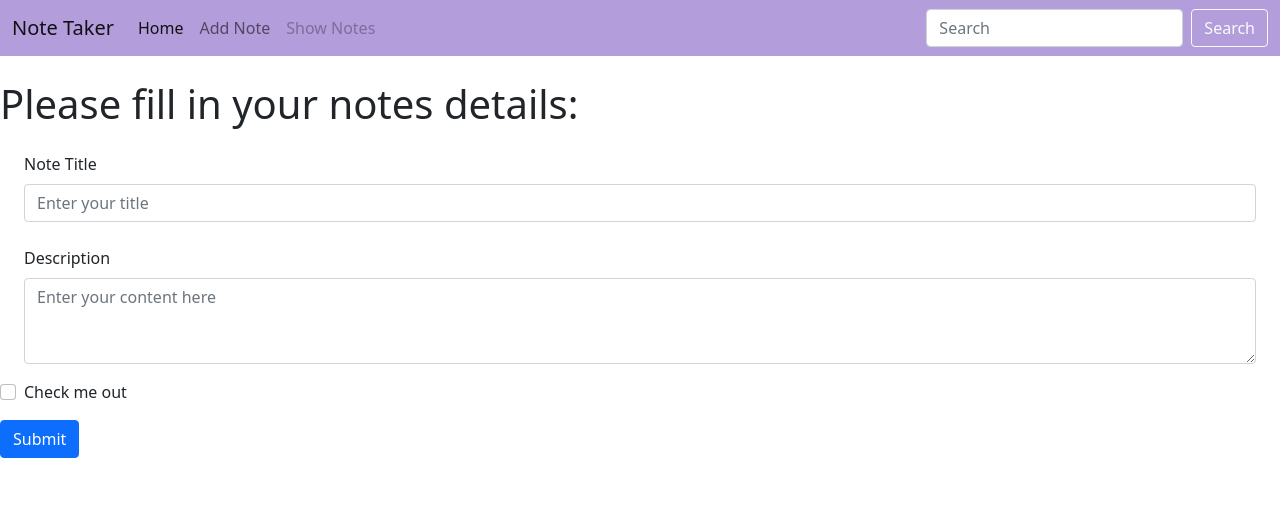
Repository: Tanmoy4672/Hibernate
Page: http://localhost/NoteTaker/add_notes.jsp
An editor plug-in stored every save of this project. The page is shown before and after the next save, followed by the edit.
The browser window is 1280 px wide. The pictures show the whole page.
The page is served by Tomcat 9.

Above is the page before, as saved 2021-12-16 06:28:58.

After the next save:
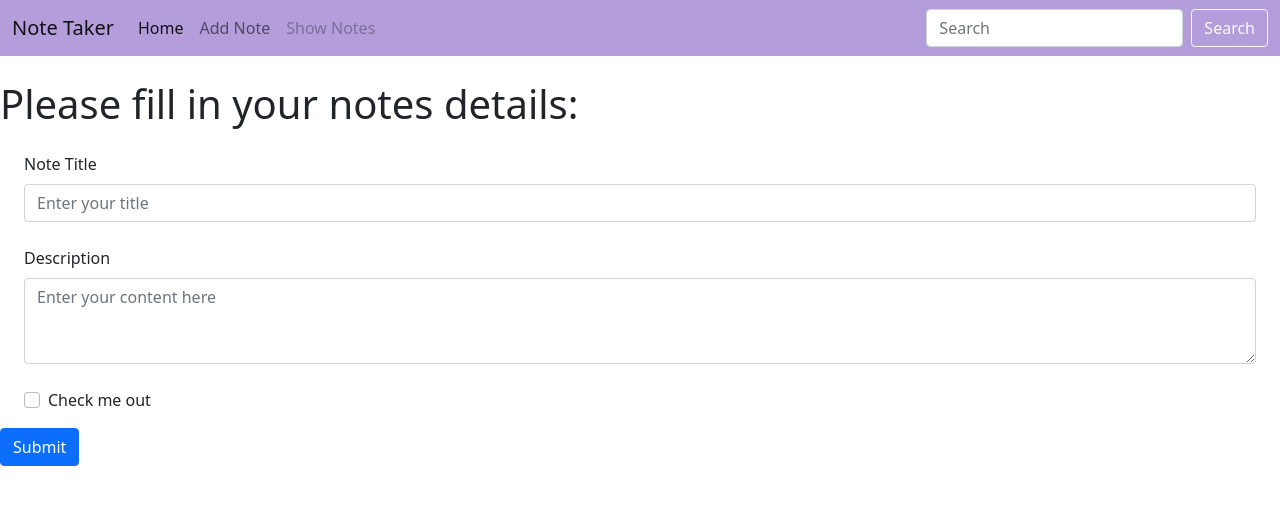
Saved 18 s later.
--- a/NoteTaker/src/main/webapp/add_notes.jsp
+++ b/NoteTaker/src/main/webapp/add_notes.jsp
@@ -27,7 +27,7 @@
 			<textarea class="form-control" id="titelContent" placeholder="Enter your content here"
 				rows="3"></textarea>
 		</div>
-		<div class="mb-3 form-check">
+		<div class="mb-3 form-check m-4">
 			<input type="checkbox" class="form-check-input" id="exampleCheck1">
 			<label class="form-check-label" for="exampleCheck1">Check me
 				out</label>
